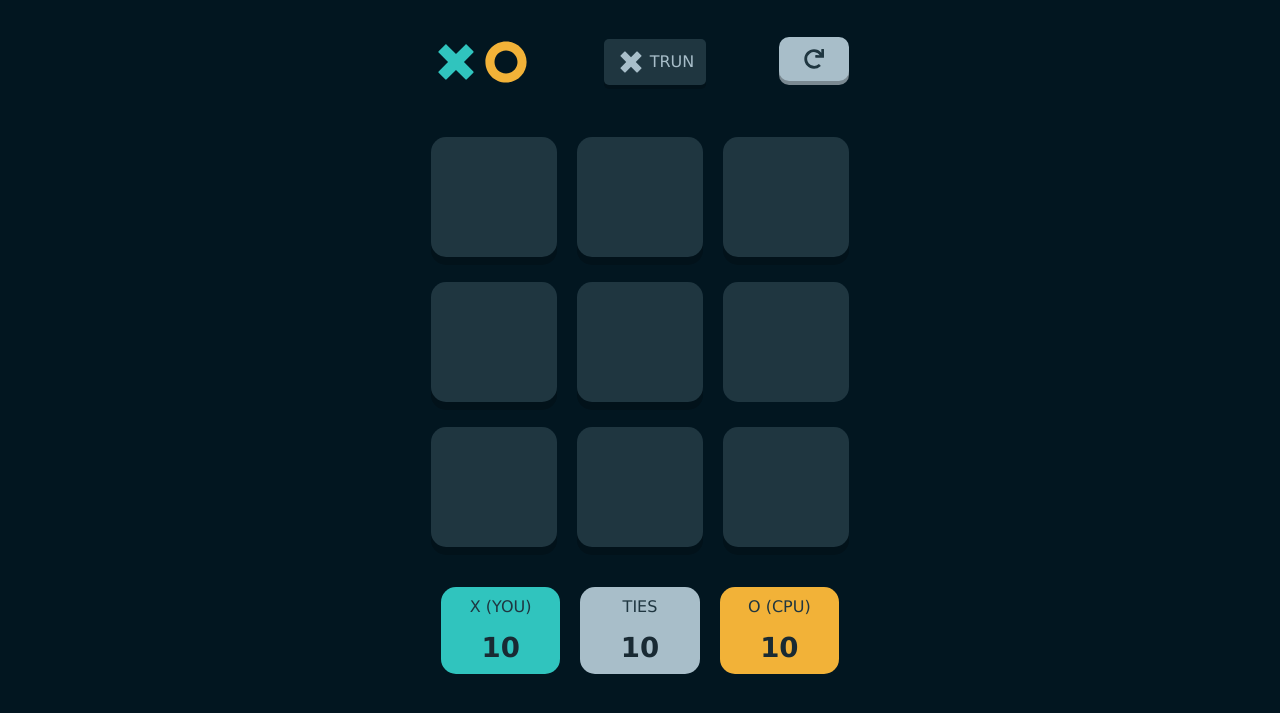
Repository: SD-Mdouka/XO_GAME
Page: /, after clicking the first element matching `button.btn`
The author's editor kept a copy of each file at every save. The page is drawn from the files as they stood at one save, then again after the next save.
The browser window is 1280 px wide. The pictures show the whole page.
The project was rebuilt for these pictures with package versions that can differ from the ones it lists, and the page was loaded fresh each time. Also part of the build but not shown: src/component/modal/Restart.js, src/component/modal/Win.js.

Above is the page before, as saved 2022-08-30 14:36:25.

### src/index.js
import React from "react";
import ReactDOM from "react-dom/client";
import "./index.css";
import App from "./App";
import { ModalState } from "./component/context/ModalContext";
import { GameContext, GameState } from "./component/context/GameContext";

const root = ReactDOM.createRoot(document.getElementById("root"));
root.render(
  <React.StrictMode>
    <ModalState>
      <GameState>
        <App />
      </GameState>
    </ModalState>
  </React.StrictMode>
);

### src/index.css
* {
    padding: 0;
    margin: 0;
    box-sizing: border-box;
}

:root {
    --color-bg-dark: #192a33;
    --color-bg-light: #1f3640;
    --color-gray: #a8bec9;
    --color-gray-dark: #7a8991;
    --color-yellow: #f2b238;
    --color-yellow-dark: #cd8d16;
    --color-blue: #30c4be;
    --color-blue-dark: #128c89;
    --shadow-y: 6px;
}

html {
    font-family: "Lucida Sans", "Lucida Sans Regular", "Lucida Grande", "Lucida Sans Unicode", Geneva, Verdana, sans-serif;
    text-transform: uppercase;
    font-size: 16px;
}

body {
    background-color: var(--color-bg-dark);
    color: var(--color-gray);
}

.App {
    background-color: #021620;
    min-height: 100vh;
    display: flex;
    align-items: center;
    justify-content: center;
}

.container {
    max-width: 450px;
    width: 100%;
    margin-inline: auto;
    padding: 2rem 1rem;
}


/*utilites*/

.card {
    padding: 25px;
    display: flex;
    flex-direction: column;
    gap: 25px;
    border-radius: 15px;
    background-color: var(--color-bg-light);
    -webkit-border-radius: 15px;
    -moz-border-radius: 15px;
    -ms-border-radius: 15px;
    -o-border-radius: 15px;
    text-align: center;
}

.text-lg {
    font-size: 1.25rem;
}

.text-xl {
    font-size: 1.5rem;
}

.text-2xl {
    font-size: 1.725rem;
}

.text-light {
    color: var(--color-gray);
}

.text-blue {
    color: var(--color-blue);
}

.text-yellow {
    color: var(--color-yellow);
}

.bg-blue {
    background-color: var(--color-blue);
    color: var(--color-bg-dark);
}

.bg-yellow {
    background-color: var(--color-yellow);
    color: var(--color-bg-dark);
}

.bg-light {
    background-color: var(--color-gray);
    color: var(--color-bg-dark);
}

.bg-blue.text-light,
.bg-blue .text-light,
.bg-yellow.text-light,
.bg-yellow .text-light,
.bg-light .text-light,
.bg-light.text-light {
    color: var(--color-bg-light);
}

.btn {
    background-color: var(--color-gray);
    border: none;
    font-size: 1.125rem;
    font-weight: bold;
    padding: 12px 25px;
    text-transform: uppercase;
    cursor: pointer;
    border-radius: 10px;
    -webkit-border-radius: 10px;
    -moz-border-radius: 10px;
    -ms-border-radius: 10px;
    -o-border-radius: 10px;
    color: var(--color-bg-light);
    display: inline-block;
    box-shadow: 0 var(--shadow-y) 0 var(--color-gray-dark);
    margin-bottom: 6px;
    transition: all 0.2s;
    -webkit-transition: all 0.2s;
    -moz-transition: all 0.2s;
    -ms-transition: all 0.2s;
    -o-transition: all 0.2s;
}

.btn:hover {
    --shadow-y: 8px;
    transform: translateY(-2px);
    -webkit-transform: translateY(-2px);
    -moz-transform: translateY(-2px);
    -ms-transform: translateY(-2px);
    -o-transform: translateY(-2px);
}

.btn:active {
    --shadow-y: 4px;
    transform: translateY(2px);
    -webkit-transform: translateY(2px);
    -moz-transform: translateY(2px);
    -ms-transform: translateY(2px);
    -o-transform: translateY(2px);
}

.btn-yellow {
    background-color: var(--color-yellow);
    box-shadow: 0 var(--shadow-y) 0 var(--color-yellow-dark);
}

.btn-blue {
    background-color: var(--color-blue);
    box-shadow: 0 var(--shadow-y) 0 var(--color-blue-dark);
}

.btn-sm {
    --shadow-y: 4px;
}

.btn-sm:hover {
    --shadow-y: 6px;
}

.btn-sm:active {
    --shadow-y: 3px;
}

.shadow-gray {
    box-shadow: 0 8px 0 rgba(0, 0, 0, 0.2);
}

.shadow-blue {
    box-shadow: 0 8px 0 var(--color-blue-dark);
}

.shadow-yellow {
    box-shadow: 0 8px 0 var(--color-yellow-dark);
}


/* icons */

.icon {
    display: inline-block;
}

.icon svg {
    fill: var(--color-gray);
    height: 50px;
    width: 50px;
    vertical-align: middle;
}

.icon-sm svg {
    height: 30px;
    width: 30px;
}

.icon-lg svg {
    height: 65px;
    width: 65px;
}

.icon-yellow svg {
    fill: var(--color-yellow);
}

.icon-blue svg {
    fill: var(--color-blue);
}

.icon-dark svg {
    fill: var(--color-bg-dark);
}


/* Sarte */

.start {
    display: flex;
    flex-direction: column;
    gap: 25px;
}

.start__header {
    display: flex;
    align-items: center;
    justify-content: center;
}

.start__players {
    background-color: var(--color-bg-dark);
    padding: 10px;
    border-radius: 15px;
    -webkit-border-radius: 15px;
    -moz-border-radius: 15px;
    -ms-border-radius: 15px;
    -o-border-radius: 15px;
    display: flex;
    align-items: center;
    box-shadow: inset 0 0 8px rgba(0, 0, 0, 0.2);
}

.start__players span {
    width: 50%;
    display: flex;
    align-items: center;
    justify-content: center;
    padding: 15px 10px;
    border-radius: 10px;
    -webkit-border-radius: 10px;
    -moz-border-radius: 10px;
    -ms-border-radius: 10px;
    -o-border-radius: 10px;
    cursor: pointer;
}

.start__players--active {
    background-color: var(--color-gray);
    box-shadow: 0 0 8px rgba(255, 255, 255, 0.2);
}

.start__btns {
    display: flex;
    flex-direction: column;
    gap: 12px;
}


/* board */

.board__header {
    display: flex;
    justify-content: space-between;
    align-items: center;
    margin-bottom: 50px;
}

.board__turn {
    border-radius: 5px;
    background-color: var(--color-bg-light);
    -webkit-border-radius: 5px;
    -moz-border-radius: 5px;
    -ms-border-radius: 5px;
    -o-border-radius: 5px;
    padding: 8px 12px;
    align-items: center;
    display: flex;
    gap: 4px;
    box-shadow: 0 4px 0 rgba(0, 0, 0, 0.2);
}

.board__restart svg {
    height: 20px;
    display: flex;
    align-items: center;
    transform-origin: center;
    transition: all 0.3s;
    -webkit-transition: all 0.3s;
    -moz-transition: all 0.3s;
    -ms-transition: all 0.3s;
    -o-transition: all 0.3s;
}

.board__restart:active svg {
    transform: rotate(180deg);
    -webkit-transform: rotate(180deg);
    -moz-transform: rotate(180deg);
    -ms-transform: rotate(180deg);
    -o-transform: rotate(180deg);
}

.board__body {
    display: grid;
    grid-template-columns: repeat(3, 1fr);
    gap: 25px 20px;
}

.board__body .card {
    height: 120px;
    display: flex;
    align-items: center;
    justify-content: center;
    cursor: pointer;
    padding-inline: 10px;
}

.board__body .active.shadow-blue {
    background-color: var(--color-blue);
}

.board__body .active.shadow-yellow {
    background-color: var(--color-yellow);
}

.board__body .active.shadow-dark {
    background-color: var(--color-bg-dark);
}

.board__footer {
    margin-top: 30px;
    display: grid;
    grid-template-columns: repeat(3, 1fr);
    gap: 20px;
    padding: 10px;
}

.board__footer .card {
    gap: 15px;
    padding: 10px;
}


/*modal*/

.modal {
    position: fixed;
    top: 0;
    left: 0;
    width: 100vw;
    height: 100vh;
    z-index: 999;
    background-color: rgba(0, 0, 0, 0.5);
    display: flex;
    align-items: center;
}

.modal__content {
    width: 100%;
    background-color: var(--color-bg-light);
}


/*score*/

.score {
    text-align: center;
}

.score__title {
    font-size: 2rem;
    display: flex;
    align-items: center;
    justify-content: center;
    gap: 6px;
    margin: 30px 0;
}

.score__btns {
    display: flex;
    align-items: center;
    justify-content: center;
    gap: 15px;
}


/*restart*/

.restart {
    text-align: center;
}

.restart__title {
    font-size: 2rem;
    display: flex;
    align-items: center;
    justify-content: center;
    gap: 6px;
    margin-bottom: 30px;
}

.restart__btns {
    display: flex;
    align-items: center;
    justify-content: center;
    gap: 15px;
}

### src/App.js
import React, { useContext } from "react";
import Board from "./component/board/Board";
import { GameContext } from "./component/context/GameContext";
import Modal from "./component/modal/Modal";
import Start from "./component/start/Start";

const App = () => {
  const { screen } = useContext(GameContext);
  return (
    <div className="App">
      <div className="container">
        {screen === "start" && <Start />}
        {screen === "game" && <Board />}
      </div>
      <Modal />
    </div>
  );
};

export default App;

### src/component/context/ModalContext.js
import { createContext, useState } from "react";

const ModalContext = createContext();

const ModalState = (props) => {
  const [show, setShow] = useState(false);
  const [mode, setMode] = useState("winner"); // winer , start
  const showModal = () => setShow(true);
  const hideModal = () => setShow(false);

  return (
    <ModalContext.Provider
      value={{
        show,
        modalMode: mode,
        setModalMode: setMode,
        showModal,
        hideModal,
      }}
    >
      {props.children}
    </ModalContext.Provider>
  );
};
export { ModalContext, ModalState };

### src/component/context/GameContext.js
import { createContext, useContext, useState } from "react";
import { calcuSquaer } from "../helpers/calcuSquer";
import { ModalContext } from "./ModalContext";

const GameContext = createContext();

const GameState = (props) => {
  const { showModal, setModalMode } = useContext(ModalContext);
  /*initial game */
  const [screen, setScreen] = useState("start"); // start , game
  const [activeUser, setActiveUser] = useState("x"); // x , o
  const [playerMode, setPlayerMode] = useState("user"); // user , cpu

  const changePlayeMode = (mode) => {
    setPlayerMode(mode);
    setScreen("game");
  };
  /*in the game */
  const [squares, setSquares] = useState(new Array(9).fill(""));
  const [xnext, setXnext] = useState(false);

  const handelSquareClicke = (ix) => {
    const currentUser = xnext ? "o" : "x";

    if (playerMode === "cpu" && currentUser !== activeUser) {
      return;
    }

    let ns = [...squares];
    ns[ix] = !xnext ? "x" : "o";

    setSquares(ns);
    setXnext(!xnext);

    //check winner
    chekWinner(ns);
  };
  //state winner
  const [winner, setWinner] = useState(null);
  const [winnerLine, setWinnerLine] = useState(null);
  const [ties, setTies] = useState({ x: 0, o: 0 });
  //check winner
  const chekWinner = (ns) => {
    const isWinner = calcuSquaer(ns);
    if (isWinner) {
      setWinner(isWinner.winner);
      setWinnerLine(isWinner.lines);
      //set ties
      const ti = { ...ties };
      ti[isWinner.winner] += 1;
      setTies(ti);
      showModal();
      setModalMode("winner");
    }
  };

  return (
    <GameContext.Provider
      value={{
        screen,
        activeUser,
        xnext,
        squares,
        ties,
        setActiveUser,
        changePlayeMode,
        handelSquareClicke,
      }}
    >
      {props.children}
    </GameContext.Provider>
  );
};
export { GameContext, GameState };

### src/component/board/Board.js
import React, { useContext } from "react";
import Xicons from "../icons/Xicons";
import Oicons from "../icons/Oicons";
import Refrsh from "../icons/Refrsh";
import BorardCard from "./BorardCard";
import { GameContext } from "../context/GameContext";

const Board = () => {
  const { squares, xnext } = useContext(GameContext);
  return (
    <div className="board">
      <div className="board__header">
        <div>
          <Xicons />
          <Oicons />
        </div>
        <div className="board__turn">
          {!xnext ? (
            <Xicons color={"ligth"} size="sm" />
          ) : (
            <Oicons color={"ligth"} size="sm" />
          )}
          trun
        </div>
        <div>
          <button className="btn btn-sm board__restart">
            <Refrsh />
          </button>
        </div>
      </div>
      <div className="board__body">
        {squares.map((sq, ix) => (
          <BorardCard key={ix} index={ix} user={sq} active={ix === 5} />
        ))}
      </div>
      <div className="board__footer">
        <div className="card bg-blue">
          <p className="text-light">x (you)</p>
          <strong className="text-2xl">10</strong>
        </div>
        <div className="card bg-light">
          <p className="text-light">ties</p>
          <strong className="text-2xl">10</strong>
        </div>
        <div className="card bg-yellow">
          <p className="text-light">o (cpu)</p>
          <strong className="text-2xl">10</strong>
        </div>
      </div>
    </div>
  );
};

export default Board;

### src/component/modal/Modal.js
import React, { useContext } from "react";
import { ModalContext } from "../context/ModalContext";
import Restart from "./Restart";
import Win from "./Win";

const Modal = () => {
  const { show, modalMode } = useContext(ModalContext);
  return (
    <>
      {show && (
        <div className="modal">
          <div className="modal__content">
            <div className="container">
              {modalMode === "winner" && <Win />}
              {modalMode === "restart" && <Restart />}
            </div>
          </div>
        </div>
      )}
    </>
  );
};

export default Modal;

### src/component/start/Start.js
import React, { useContext } from "react";
import Xicons from "../icons/Xicons";
import Oicons from "../icons/Oicons";
import { GameContext } from "../context/GameContext";

const Start = () => {
  const { activeUser, setActiveUser, changePlayeMode } =
    useContext(GameContext);
  return (
    <div className="start">
      <div className="start__header">
        <Xicons />
        <Oicons />
      </div>
      <div className="card shadow-gray">
        <h1 className="text-lg">Pick Player 1'st mark</h1>
        <div className="start__players">
          <span
            className={activeUser === "x" ? "start__players--active" : ""}
            onClick={() => setActiveUser("x")}
          >
            <Xicons color={activeUser === "x" ? "dark" : "light"} />
          </span>
          <span
            className={activeUser === "o" ? "start__players--active" : ""}
            onClick={() => setActiveUser("o")}
          >
            <Oicons color={activeUser === "o" ? "dark" : "light"} />
          </span>
        </div>
        <p className="text-light">remember:x goes first</p>
      </div>
      <div className="start__btns">
        <button
          className="btn btn-yellow"
          onClick={() => changePlayeMode("cpu")}
        >
          new game (vs CPU)
        </button>
        <button
          className="btn btn-blue"
          onClick={() => changePlayeMode("user")}
        >
          new game (vs Player)
        </button>
      </div>
    </div>
  );
};

export default Start;

### src/component/helpers/calcuSquer.js
const lines = [
  [0, 1, 2],
  [3, 4, 5],
  [6, 7, 8],
  [0, 3, 6],
  [1, 4, 7],
  [2, 5, 8],
  [0, 4, 8],
  [2, 4, 6],
];

export function calcuSquaer(squaers) {
  for (let i = 0; i < lines.length; i++) {
    const [a, b, c] = lines[i];
    if (squaers[a] && squaers[a] === squaers[b] && squaers[a] === squaers[c]) {
      return {
        winner: squaers[a],
        lines: lines[i],
      };
    }
  }
  return null;
}

### src/component/icons/Xicons.js
import React from "react";

const Xicon = ({ color, size }) => {
  return (
    <div
      className={`icon ${color ? "icon-" + color : "icon-blue"} ${
        size && "icon-" + size
      }`}
    >
      <svg
        version="1.1"
        id="Layer_1"
        x="0px"
        y="0px"
        width="100px"
        height="100px"
        viewBox="0 0 100 100"
      >
        <path
          d="M84.707,68.752L65.951,49.998l18.75-18.752c0.777-0.777,0.777-2.036,0-2.813L71.566,15.295
	c-0.777-0.777-2.037-0.777-2.814,0L49.999,34.047l-18.75-18.752c-0.746-0.747-2.067-0.747-2.814,0L15.297,28.431
	c-0.373,0.373-0.583,0.88-0.583,1.407c0,0.527,0.21,1.034,0.583,1.407L34.05,49.998L15.294,68.753
	c-0.373,0.374-0.583,0.88-0.583,1.407c0,0.528,0.21,1.035,0.583,1.407l13.136,13.137c0.373,0.373,0.881,0.583,1.41,0.583
	c0.525,0,1.031-0.21,1.404-0.583l18.755-18.755l18.756,18.754c0.389,0.388,0.896,0.583,1.407,0.583c0.511,0,1.019-0.195,1.408-0.583
	l13.138-13.137C85.484,70.789,85.484,69.53,84.707,68.752z"
        />
      </svg>
    </div>
  );
};

export default Xicon;

### src/component/icons/Oicons.js
import React from "react";

const Oicon = ({ color, size }) => {
  return (
    <div
      className={`icon ${color ? "icon-" + color : "icon-yellow"} ${
        size && "icon-" + size
      }`}
    >
      <svg
        version="1.1"
        id="Layer_1"
        x="0px"
        y="0px"
        viewBox="-169 -35 100 100"
      >
        <g>
          <path
            d="M-119,56.2c-22.7,0-41.2-18.5-41.2-41.2s18.5-41.2,41.2-41.2c22.7,0,41.2,18.5,41.2,41.2S-96.3,56.2-119,56.2z M-119-8
		c-12.7,0-23,10.3-23,23c0,12.7,10.3,23,23,23s23-10.3,23-23C-96,2.3-106.3-8-119-8z"
          />
        </g>
      </svg>
    </div>
  );
};

export default Oicon;

### src/component/icons/Refrsh.js
import React from "react";

const Refrsh = () => {
  return (
    <svg
      aria-hidden="true"
      focusable="false"
      data-prefix="fas"
      data-icon="redo"
      role="img"
      xmlns="http://www.w3.org/2000/svg"
      viewBox="0 0 512 512"
    >
      <path
        fill="currentColor"
        d="M500.33 0h-47.41a12 12 0 0 0-12 12.57l4 82.76A247.42 247.42 0 0 0 256 8C119.34 8 7.9 119.53 8 256.19 8.1 393.07 119.1 504 256 504a247.1 247.1 0 0 0 166.18-63.91 12 12 0 0 0 .48-17.43l-34-34a12 12 0 0 0-16.38-.55A176 176 0 1 1 402.1 157.8l-101.53-4.87a12 12 0 0 0-12.57 12v47.41a12 12 0 0 0 12 12h200.33a12 12 0 0 0 12-12V12a12 12 0 0 0-12-12z"
      ></path>
    </svg>
  );
};

export default Refrsh;

### src/component/board/BorardCard.js
import React, { useContext } from "react";
import Xicons from "../icons/Xicons";
import Oicons from "../icons/Oicons";
import { GameContext } from "../context/GameContext";

const BorardCard = ({ user = "nouser", active, index }) => {
  const { handelSquareClicke } = useContext(GameContext);
  return (
    <div
      className={`card
      ${active && user === "x" && "shadow-blue"}
    ${active && user === "o" && "shadow-yellow"}
    ${!active ? "shadow-gray" : "active"}
    `}
      onClick={() => handelSquareClicke(index)}
    >
      {user === "x" && (
        <Xicons color={`${active && user === "x" ? "dark" : ""}`} size="lg" />
      )}
      {user === "o" && (
        <Oicons color={`${active && user === "o" ? "dark" : ""}`} size="lg" />
      )}
    </div>
  );
};

export default BorardCard;

Loaded but not shown: public/index.html (common file)

After the next save:
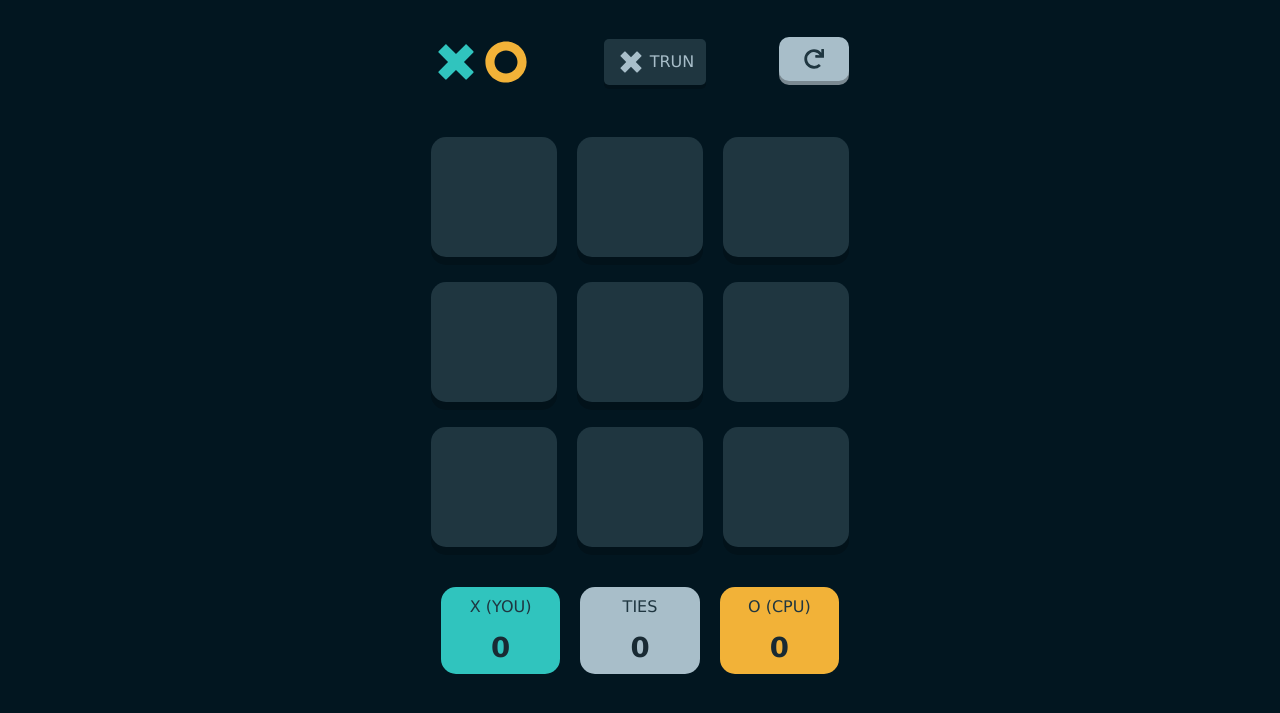
Saved 59 s later.
--- a/src/component/board/Board.js
+++ b/src/component/board/Board.js
@@ -6,7 +6,7 @@ import BorardCard from "./BorardCard";
 import { GameContext } from "../context/GameContext";
 
 const Board = () => {
-  const { squares, xnext } = useContext(GameContext);
+  const { squares, xnext, ties } = useContext(GameContext);
   return (
     <div className="board">
       <div className="board__header">
@@ -36,15 +36,15 @@ const Board = () => {
       <div className="board__footer">
         <div className="card bg-blue">
           <p className="text-light">x (you)</p>
-          <strong className="text-2xl">10</strong>
+          <strong className="text-2xl">{ties.x}</strong>
         </div>
         <div className="card bg-light">
           <p className="text-light">ties</p>
-          <strong className="text-2xl">10</strong>
+          <strong className="text-2xl">{ties.x + ties.o}</strong>
         </div>
         <div className="card bg-yellow">
           <p className="text-light">o (cpu)</p>
-          <strong className="text-2xl">10</strong>
+          <strong className="text-2xl">{ties.o}</strong>
         </div>
       </div>
     </div>
